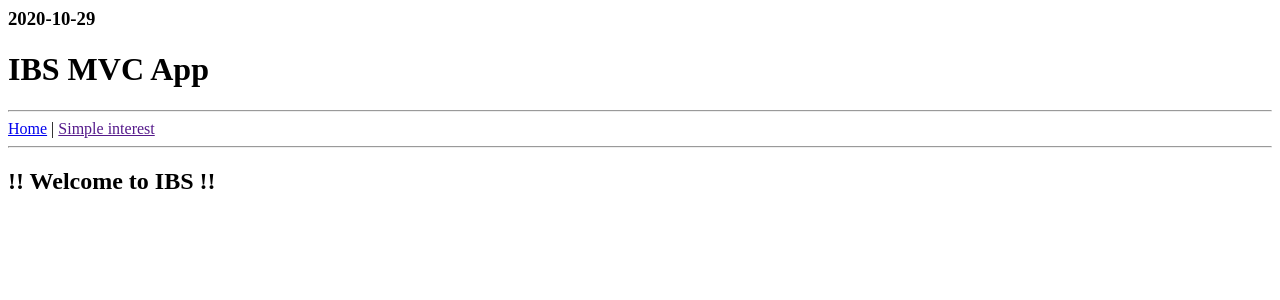
Repository: anik84/ibs
Page: http://localhost/IBS/
An editor plug-in stored every save of this project. The page is shown before and after the next save, followed by the edit.
The browser window is 1280 px wide. The pictures show the whole page.
The page is served by Tomcat 9. Other server files are loaded and not shown.

Above is the page before, as saved 2020-10-29 04:36:13.

### IBS_JSPs/IBS/WebContent/index.jsp
<%@page import="java.time.LocalDate"%>
<html>
	<head>
		<title>IBS Home</title>
	</head>
	<body>
		<h3><%=LocalDate.now() %></h3>
		<h1>IBS MVC App</h1>
		<jsp:include page="menu.jsp"/>

		<h2>!! Welcome to IBS !!</h2>
	</body>
</html>

### IBS_JSPs/IBS/WebContent/menu.jsp
<nav>
	<hr />
	 <a href="index.jsp">Home</a>
	 <span>|</span>
	 <a href="">Simple interest</a>
	<hr />
</nav>

After the next save:
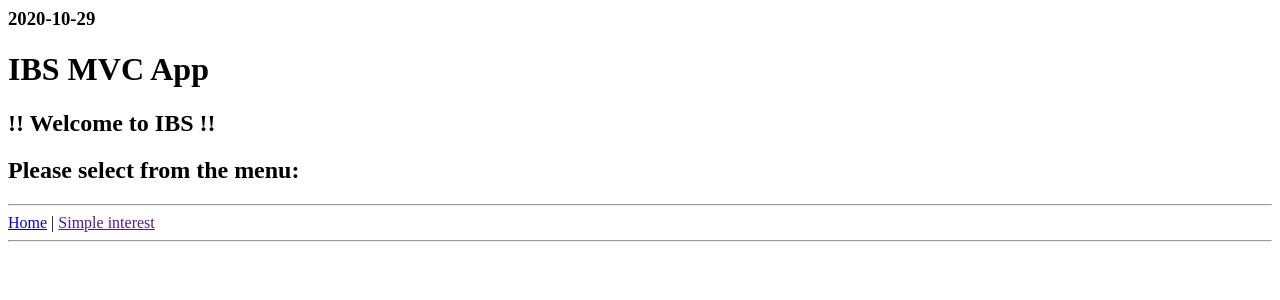
Saved 2 min 24 s later.
--- a/IBS_JSPs/IBS/WebContent/index.jsp
+++ b/IBS_JSPs/IBS/WebContent/index.jsp
@@ -6,8 +6,9 @@
 	<body>
 		<h3><%=LocalDate.now() %></h3>
 		<h1>IBS MVC App</h1>
+		<h2>!! Welcome to IBS !!</h2>
+
+		<h2>Please select from the menu:</h2>
 		<jsp:include page="menu.jsp"/>
-
-		<h2>!! Welcome to IBS !!</h2>
 	</body>
 </html>
